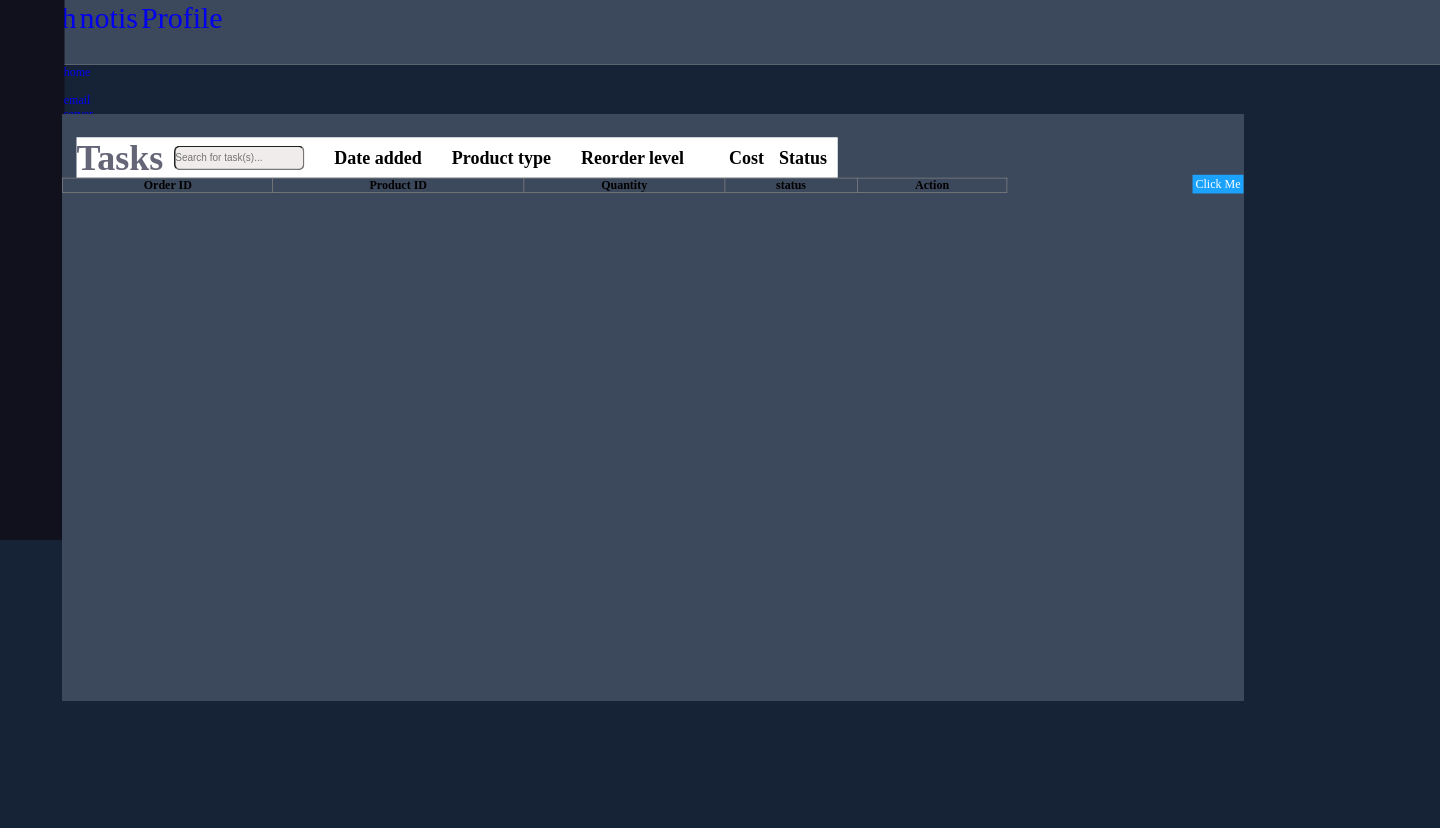
Repository: leystra019/nea
Page: http://localhost/neatest/scripts/php/staff/manageorder.php
These files come from the project's save history. The page is drawn as it stood at one moment and after the next save; the edit follows.
The browser window is 1280 px wide. The page is 1920 px wide, then 1280 px, then 1920 px, so the pictures cover 1920 px, including what lies to the right of the window. The pictures show the whole page, at 75% of full size.
The page is run by PHP 8.4 with error messages shown; the project is at /var/www/html/. Queries for data that is not in the repository find no rows.

Above is the page before, as saved 2023-02-16 22:04:47.

After the next save:
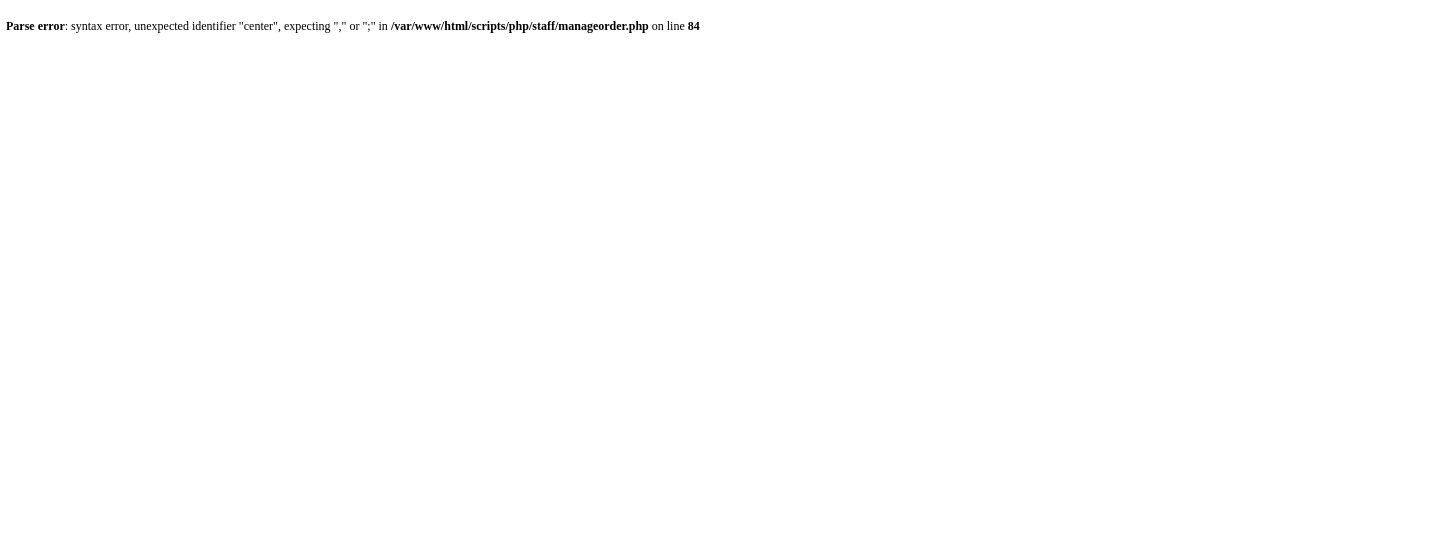
Saved 81 s later.
--- a/scripts/php/staff/manageorder.php
+++ b/scripts/php/staff/manageorder.php
@@ -81,7 +81,7 @@
                                     $result = mysqli_query($conn, $query);
                                     if ($result) {
                                         while ($row = mysqli_fetch_array($result)) {
-                                            echo "<tr>";
+                                            echo "<tr align="center">";
                                             echo "<td>" . $row['order_id'] . "</td>";
                                             echo "<td>" . $row['product_id'] . "</td>";
                                             echo "<td>" . $row['quantity'] . "</td>";

After the save that followed:
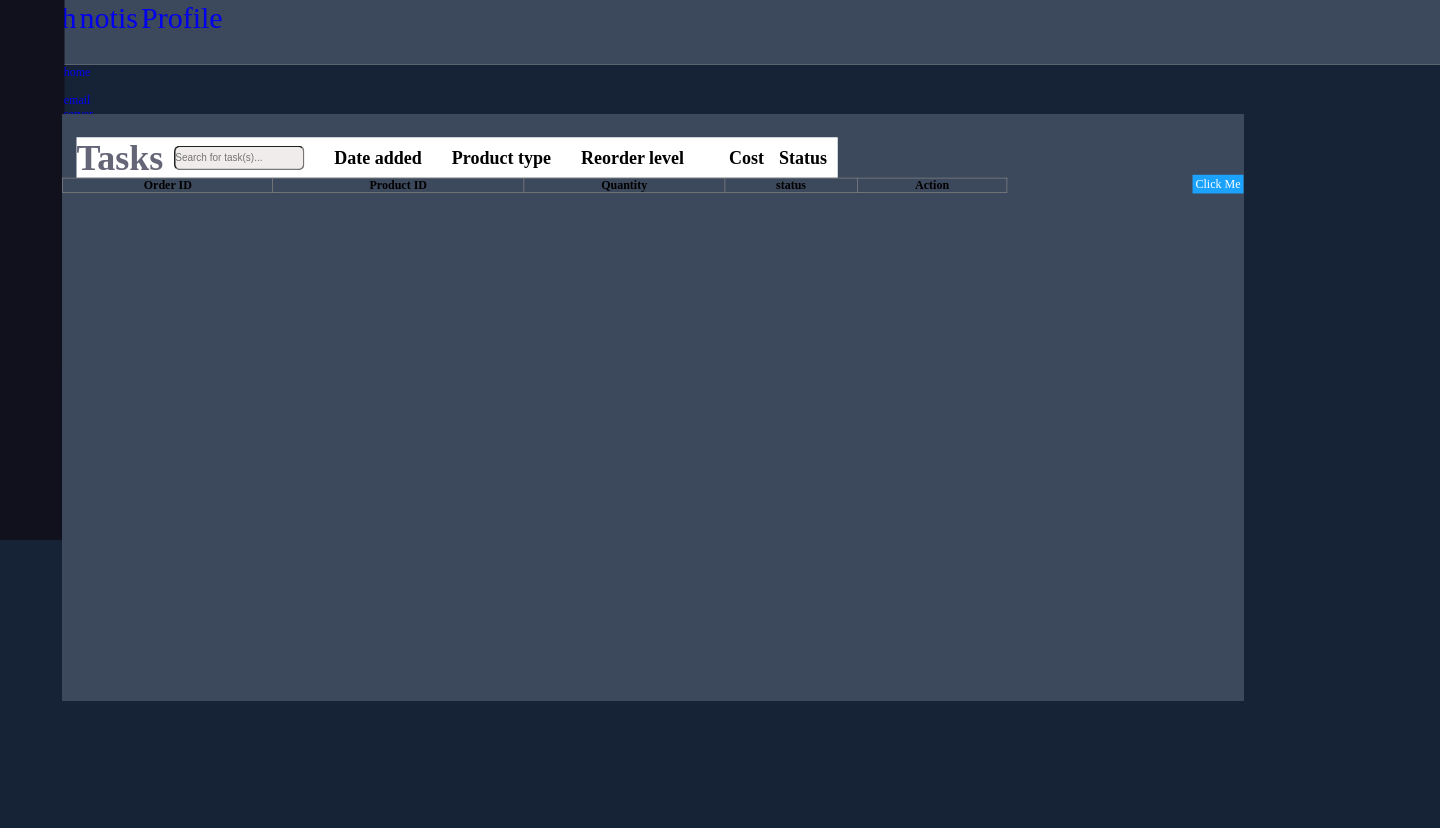
Saved 76 s later.
--- a/scripts/php/staff/manageorder.php
+++ b/scripts/php/staff/manageorder.php
@@ -81,7 +81,7 @@
                                     $result = mysqli_query($conn, $query);
                                     if ($result) {
                                         while ($row = mysqli_fetch_array($result)) {
-                                            echo "<tr align="center">";
+                                            echo "<tr class='orders_table'>";
                                             echo "<td>" . $row['order_id'] . "</td>";
                                             echo "<td>" . $row['product_id'] . "</td>";
                                             echo "<td>" . $row['quantity'] . "</td>";
